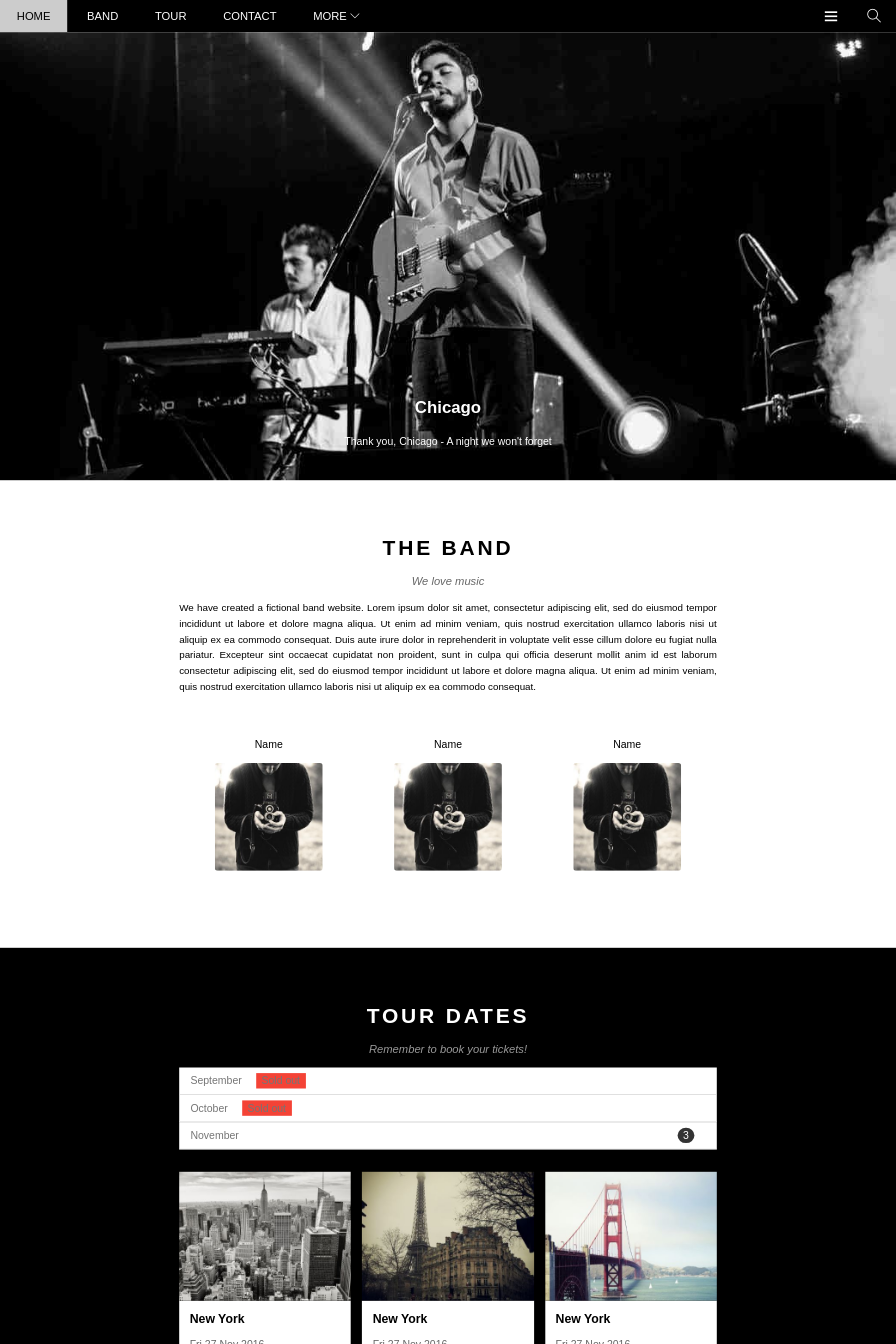
Repository: Bakyproit/the-Band
Page: index.html
These files come from the project's save history. The page is drawn as it stood at one moment and after the next save; the edit follows.
The browser window is 1280 px wide. The pictures show the part of the page from y = 0 to 1920 px (the page is 3522 px tall), at 70% of full size.
The pointer rests on the first visible `#header .mobile-menu-btn`.

Above is the page before, as saved 2022-01-03 16:38:12.

### index.html
<!DOCTYPE html>
<html lang="en">
<head>
    <meta charset="UTF-8">
    <meta http-equiv="X-UA-Compatible" content="IE=edge">
    <meta name="viewport" content="width=device-width, initial-scale=1.0">
    <link rel="stylesheet" href="./assets/fonts/themify-icons/themify-icons.css">
    <link rel="stylesheet" href="./assets/css/style.css">
    <link rel="stylesheet" href="./assets/css/reponsive.css">
    <title>The-Band</title>
</head>
<body>

    <div id="main">
        <!-- begin header   -->
        <div id="header">
            <!-- Begin : Nav -->
            <ul id="nav">
                <li>
                    <a href="#">Home</a>
                </li>
                <li><a href="#band">Band</a></li>
                <li><a href="#tour">Tour</a></li>
                <li><a href="#contact">Contact</a></li>
                <li>
                    <a href="#">
                        More
                        <i class="nav-arrow-down ti-angle-down"></i>

                    </a>
                    <ul class="subnav">
                        <li><a href="#">Merchandise</a></li>
                        <li><a href="#">Extras</a></li>
                        <li><a href="#">Media</a></li>
                    </ul>
                </li>
            </ul>
            <!-- End : Nav -->
            <!-- Begin : Search button -->
            <div class="search-btn">
                <i class="search-icon ti-search"></i>
            </div>
            <div class="mobile-menu-btn">
                <i class="menu-icon ti-menu"></i>
            </div>
            <!-- End : Search button-->


        </div>
        <!-- end header     -->
        <!-- Begin slider== -->
        <div id="slider">
            <div class="text-content">
                <h2 class="text-heading">Chicago</h2>
                <div class="text-description">Thank you, Chicago - A night we won't forget</div>
            </div>

        </div>
        <!-- End slider    -->
        <!-- Begin content -->
        <div id="content">
        <!-- The- band -->
            <div id ="band" class="content-section">
                <h2 class="section-heading">THE BAND</h2>
                <p class="section-sub-heading">We love music</p>
                <p class="about-text">We have created a fictional band website. Lorem ipsum dolor sit amet, consectetur adipiscing elit, sed do eiusmod tempor incididunt ut labore et dolore magna aliqua. Ut enim ad minim veniam, quis nostrud exercitation ullamco laboris nisi ut aliquip ex ea commodo consequat. Duis aute irure dolor in reprehenderit in voluptate velit esse cillum dolore eu fugiat nulla pariatur. Excepteur sint occaecat cupidatat non proident, sunt in culpa qui officia deserunt mollit anim id est laborum consectetur adipiscing elit, sed do eiusmod tempor incididunt ut labore et dolore magna aliqua. Ut enim ad minim veniam, quis nostrud exercitation ullamco laboris nisi ut aliquip ex ea commodo consequat.</p>
                <div class="member-list">
                    <div class=" col-third">
                        <p class="member-name">Name</p>
                        <img src="/assets/img/bandmember.jpg" alt="" class="member-img">
                    </div>
                    <div class="col-third">
                        <p class="member-name">Name</p>
                        <img src="/assets/img/bandmember.jpg" alt="" class="member-img">
                    </div>
                    <div class=" col-third">
                        <p class="member-name">Name</p>
                        <img src="/assets/img/bandmember.jpg" alt="" class="member-img">
                    </div>

                </div>

            </div>
        <!-- Tour -->
            <div id ="tour" class="tour-section">
                <div class="content-section ">
                    <h2 class="section-heading text-white">TOUR DATES</h2>
                    <p class="section-sub-heading text-white">Remember to book your tickets!</p>
                    <ul class="tickets-list">
                        <li>
                            September
                            <span class="sold-out">Sold out</span>
                        </li>
                        <li>
                            October
                            <span class="sold-out" >Sold out</span>
                        </li>
                        <li>
                            November
                            <span class="quantity" >3</span>
                        </li>
                    </ul>
                    <!-- places - list -->
                    <div class="places-list row">
                        <div class="places-item  col col-third">
                            <img src="/assets/img/play/play1.jpg" alt="" class="places-img">
                            <div class="places-content">
                                <h3 class="places-name">New York</h3>
                                <p class="places-time">Fri 27 Nov 2016</p>
                                <p class="places-title">Praesent tincidunt sed tellus ut rutrum sed vitae justo.</p>
                                <button  class="btn js-buy-tickets ">Buy tickets</button>
                            </div>
                        </div>
                        <div class="places-item  col col-third ">
                            <img src="/assets/img/play/play2.jpg" alt="" class="places-img">
                            <div class="places-content">
                                <h3 class="places-name">New York</h3>
                                <p class="places-time">Fri 27 Nov 2016</p>
                                <p class="places-title">Praesent tincidunt sed tellus ut rutrum sed vitae justo.</p>
                                <button  class="btn js-buy-tickets ">Buy tickets</button>
                            </div>
                        </div>
                        <div class="places-item  col col-third">
                            <img src="/assets/img/play/play3.jpg" alt="" class="places-img">
                            <div class="places-content">
                                <h3 class="places-name">New York</h3>
                                <p class="places-time">Fri 27 Nov 2016</p>
                                <p class="places-title">Praesent tincidunt sed tellus ut rutrum sed vitae justo.</p>
                                <button  class="btn js-buy-tickets ">Buy tickets</button>
                            </div>
                        </div>
                    </div>
                </div>
            </div>
        <!--    Contact -->
            <div id ="contact" class="content-section">
                <h2 class="section-heading ">CONTACT</h2>
                <p class="section-sub-heading ">Fan? Drop a note!</p>
                <!-- contact - content -->
                <div class="row contact-content">
                    <div class="col col-half contact-info">
                        <p><i class="ti-location-pin"></i>Chicago, US</p>
                        <p><i class="ti-mobile"></i>Phone: +00 151515</p>
                        <p><i class="ti-email"></i>Email: mail@mail.com</p>
                    </div>
                    <div class="col col-half contact-form">
                        <form action="">
                            <div class="row">
                                <div class="col col-half">
                                    <input type="text" name="" placeholder="Name" required id="" class="form-control">
                                </div>
                                <div class="col col-half">
                                    <input type="email" name="" placeholder="Email" required  id="" class="form-control">
                                </div>
                            </div>

                            <div class="row ">
                                <div class="col col-full">
                                    <input type="text" name="" placeholder="Message" required id="" class="form-control">
                                </div>
                            </div>
                            <input type="submit" value="SEND" class="btn pull-right">
                        </form>
                    </div>
                </div>
            </div>
        <!-- map -->
            <div class="map-section">
                <img src="./assets/img/map.jpg" alt="Map">
            </div>

        </div>
        <!-- End content -->
        <!-- Begin footer -->
        <div id="footer">
            <div class="social-list">
                <a href=""><i class="ti-facebook"></i></a>
                <a href=""><i class="ti-facebook"></i></a>
                <a href=""><i class="ti-facebook"></i></a>
                <a href=""><i class="ti-facebook"></i></a>
                <a href=""><i class="ti-facebook"></i></a>
                <a href=""><i class="ti-facebook"></i></a>
            </div>
            <p class="copy-right">Powered by <a href="">w3.css</a></p>
        </div>
        <!-- end-footer -->
        <!-- modal -->
        <div class="modal js-modal">
            <div class="modal-container js-modal-container">
                <div class="modal-close js-modal-close">
                    <i class="ti-close"></i>
                </div>
                <!-- header -->
                <header class="modal-header">
                    <i class="ti-bag"></i>
                    Tickets
                </header>
                <!-- body -->
                <div class="modal-body">
                    <label for="ticket-quantity" class="model-label">
                        <i class="ti-shopping-cart"></i>
                        Tickets, $15 per person
                    </label>
                    <input id="ticket-quantity" type="text" class="modal-input" placeholder="Howmany ?">


                    <label for="ticket-email" class="model-label">
                        <i class="ti-user"></i>
                        Send To
                    </label>
                    <input id= "ticket-email" type="text" class="modal-input" placeholder="Enter email ?">

                    <button class="buy-tickets">
                        Pay
                        <i class="ti-check"></i>
                    </button>
                </div>
                <footer class="modal-footer">
                    <p class="modal-help">Need <a href="">help?</a></p>
                </footer>
            </div>
        </div>
        <!-- end modal -->
        <!-- javascript -->
        <script>
            const buyBtns = document.querySelectorAll('.js-buy-tickets')
            const modal = document.querySelector('.js-modal')
            const modalClose = document.querySelector('.js-modal-close')
            const modalContainer =document.querySelector('.js-modal-container')
            function buyTickets(){
                modal.classList.add('open')
            }
            function hiddenBuyTickets(){
                modal.classList.remove('open')
            }


            for(const buyBtn of buyBtns){
                buyBtn.addEventListener('click' ,buyTickets )
            }
            modalClose.addEventListener('click' , hiddenBuyTickets)
            modal.addEventListener('click' , hiddenBuyTickets)
            modalContainer.addEventListener('click' , function (event){
                event.stopPropagation()
            })

        </script>
        <!-- javascript -->
    </div>
</body>
</html>



<!-- hang row -->

### assets/css/style.css
/*
Reset css
*/
*{
    padding: 0;
    margin:  0;
    box-sizing: border-box;
}
html {
    font-family: Arial, Helvetica, sans-serif;
    scroll-behavior: smooth;
}
#main {

}
.text-white{
    color:#fff !important;
}
.btn{
    display: inline-block;
    text-decoration: none;
    padding: 8px 16px;
    color: #fff;
    background-color: #000;
    border : none  ;
}
.btn:hover{
    color: #000!important;
    background-color: #ccc!important;
    cursor: pointer;
}

.pull-right{
    float: right !important ;
}
.flex{
    display: flex;
}

.row {
    display: flex;
    margin-left: -8px;
    margin-right: -8px;
}
.col {
    padding-left: 8px;
    padding-right: 8px;
}
.col-third{
    width: 33.33333%;
}
.col-half{
    width: 50%;
}
.col-full{
    width: 100%;
}
/* =====header===== */
#header {
    height: 46px;
    background-color: #000;
    position: fixed;
    top : 0 ;
    right: 0;
    left : 0;
    z-index: 1;
    overflow: hidden;
}
#nav{
    display: inline-block;
}
#nav,.subnav {
    list-style-type: none;

}
/* nav */
#nav > li{
    display: inline-block;
    position: relative;

}
#nav li a{
    display: inline-block;
    color : #fff ;
    text-decoration: none;
    line-height: 46px;
    padding: 0px 24px;
    text-transform: uppercase;
}
#nav > li:hover > a,
#nav .subnav li:hover a{
    color : #000 ;
    background-color: #ccc;
}
/*     subnav */
#nav .subnav{
    display: none;
    position: absolute;
    top:100% ;
    background-color: #fff;
    /* bong do */
    box-shadow: 0 0 10px rgba(0, 0, 0,0.5) ;
    min-width: 160px;
}
#nav li:hover .subnav {
    display: block ;
}

#nav .subnav  a{
    display:  block;
    color: #000;
    padding: 0 12px;
    line-height: 38px;
}
#nav .nav-arrow-down{
    font-size: 14px;
}
#header .mobile-menu-btn,
#header .search-btn{
    float: right;
    padding: 0 21px;
}

#header .search-btn:hover{
    cursor: pointer;
    background-color:#f44336 ;
}
#header .mobile-menu-btn:hover {

}
#header .menu-icon ,
#header .search-icon{
    color : #fff ;
    font-size: 20px;
    line-height: 46px;
}


/* ====end header=======                 */
/*      Begin slider                     */
#slider {
    margin-top: 46px;
    padding-top:50%;
    /* luon bang 50% chieu rong */
    background: url('/assets/img/slider/slider1.jpg') top center / cover no-repeat;
    position: relative;
}
#slider .text-content{
    position: absolute;
    bottom: 48px;
    left:50%;
    color:#fff ;
    transform: translateX(-50%);
    text-align: center;

}
#slider .text-heading{
    margin:  0 0 25px 0 ;
    font-weight: 500px;
    font-size: 24px;
}
#slider .text-description{
    font-size: 15px;
}
/*    End slider                     */
/*    Begin content                  */
#content {
    color : #000 ;
}
#content .content-section{
    width: 800px;
    max-width: 100%;
    margin-left: auto;
    margin-right: auto;
    padding: 64px 16px;

}
#content .section-heading{
    margin: 10px 0;
    font-size: 30px;
    text-align: center;
    font-weight: 400px;
    letter-spacing: 4px;
    line-height: 45px;
}
#content .section-sub-heading{
    margin:15px 0 ;
    text-align: center;
    font-style: italic;
    opacity: 0.6;
    line-height: 22px;
}
/*             About                   */
#content .about-text{
    margin: 15px 0 ;
    font-size: 14px;
    text-align: justify ;
    line-height: 1.6;

}
#content .member-list{
    padding: 32px 0 ;
    display: flex;
    text-align: center;
}

#content  .member-name{
    margin: 15px 0;
    font-size: 15px;
    line-height: 22px;
}
#content  .member-img{
    margin-bottom: 10px;
    width: 154px;
    border-radius: 4px;
}

/*                   Tour                        */
.tour-section{
    background-color: black;
    color:#fff ;
}
.tour-section .tickets-list li{
    list-style: none;
    color: #757575;
    padding: 8px 16px;
    font-size: 15px;
    line-height: 22px;
    background-color: #fff;
    border-bottom: 1px solid #ddd;
}
.tour-section  .sold-out{
    display: inline-block;
    background-color: #f44336;
    padding: 0 8px;
    margin-left:16px;
}
.tour-section .quantity{
    display: inline-block;
    padding: 0 8px;
    margin-right: 16px;
    background-color: #333;
    color:#fff ;
    border-radius: 50%;
    float: right;
}

.places-list{
    color: #000;
    font-size: 15px;
    padding: 32px 0 ;
}
.places-item{
    margin-bottom: 16px;
}

.places-img{
    width: 100%;
    display: block;
}
.places-img:hover{
    opacity: 0.6;
}
.places-content{
    padding: 15px;
    line-height: 22px;
    background-color: #fff;
}
.places-name{
}
.places-time{
    margin-top: 15px ;
    opacity: 0.6;
}
.places-title{
    margin: 15px 0 ;
    line-height: 1.5;
}




/*                  contact            */

.contact-content{
    padding-bottom: 32px  ;
    padding-top: 32px;
}
.contact-info{
    font-size: 18px;
    line-height: 1.5;
}
.contact-info i[class*="ti-"]{
    display: inline-block;
    width: 30px;

}

.contact-form .form-control{
    font-size: 15px;
    padding: 10px ;
    border : 1px solid #ccc ;
    width: 100%;
    margin-bottom: 10px;
}
/*                      Map-section                        */
.map-section img {
    width: 100%;
}


/*                      end content                 */
/*                      Begin footer                */

#footer {
    padding: 64px 16px;
    text-align: center;
}
#footer .social-list{
    font-size: 24px;

}
#footer .social-list a {
    text-decoration: none;
    color: rgba(0, 0, 0,0.6);

}
#footer .social-list a:hover{
    color: rgba(0, 0, 0,0.4);
}
#footer .copy-right{
    margin: 15px  0 ;
    color: rgba(0, 0, 0,0.6);
}
#footer .copy-right a{
    color: rgba(0, 0, 0,0.6);
}
/*                         end footer                */
/*                         modal                   */
.modal{
    position: fixed;
    top:0;
    right: 0 ;
    bottom: 0;
    left: 0;
    background: rgba(0,0,0,0.4);
    align-items: center;
    justify-content: center;
    display: none;
}
.modal.open{
    display: flex;
}
.modal-container{
    background-color: #fff;
    width: 900px;
    min-height: 300px;
    position: relative;
    animation: modalFaceIn ease .6s;
}
.modal-close {
    position: absolute;
    top: 0;
    right: 0;
    padding: 8px 16px;
    line-height: 36px;
    color:#fff ;
}
.modal-close:hover{
    color:#000 ;
    background: #ccc;
    opacity: 0.6;
}
.modal-header{
    background-color: #009688;
    height: 130px;
    font-size: 30px ;
    color:#fff ;
    display: flex;
    align-items: center;
    justify-content: center;
    padding: 32px 16px;
}
.modal-header i {
    margin-right: 20px;
}
.modal-body{
    padding: 0 16px ;
    margin-top: 15px;
}
.model-label{
    display: block;
    font-size: 15px;
    color: #000;
    padding: 2.5px 0;

}
.modal-input {
    padding: 11.5px 8px;
    border : 1px solid #ccc ;
    width: 100%;
    margin: 15px 0;
}

.buy-tickets{
    background-color: #009688;
    padding:18.5px 16px;
    margin-bottom: 16px;
    width: 100%;
    font-size: 15px;
    border :0 ;
}

.buy-tickets:hover{
    color:#000 ;
    background: #ccc;
}


.modal-footer{
    display: inline-block;
    margin: 15px 0;
    padding: 2.5px 16px ;
    font-size: 15px;
    float: right;
}
.modal-footer .modal-help{
}
.modal-footer a{
    color :#2196F3 ;
}



@keyframes modalFaceIn{

    from{
        opacity: 0;
        transform: translateY(-140px);
    }
    to{
        opacity: 1;
        transform: translateY(0);
    }
}

### assets/css/reponsive.css


/* mobile */
@media (max-width:739px) {
    #nav > li{
        display: block;
    }
    #header .search-btn{
        display: none;
    }
}

/* tablet */
@media (min-width:740px) and (max-width:1023px) {

}

/* PC */
@media (min-width:1024px) {

}

Loaded but not shown: assets/fonts/themify-icons/themify-icons.css (common file)

After the next save:
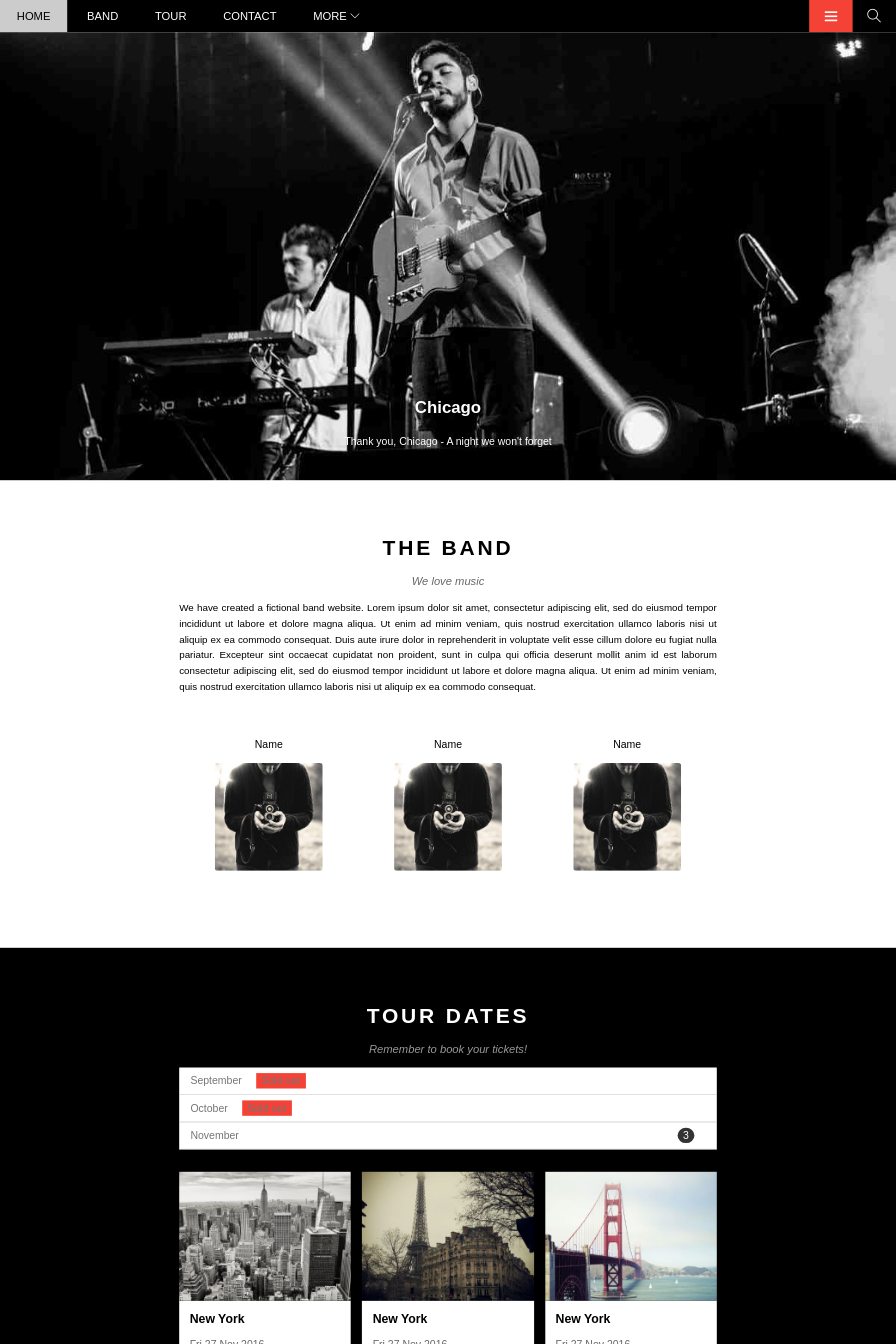
Saved 15 s later.
--- a/assets/css/style.css
+++ b/assets/css/style.css
@@ -126,7 +126,7 @@
     background-color:#f44336 ;
 }
 #header .mobile-menu-btn:hover {
-
+    background-color:#f44336 ;
 }
 #header .menu-icon ,
 #header .search-icon{
